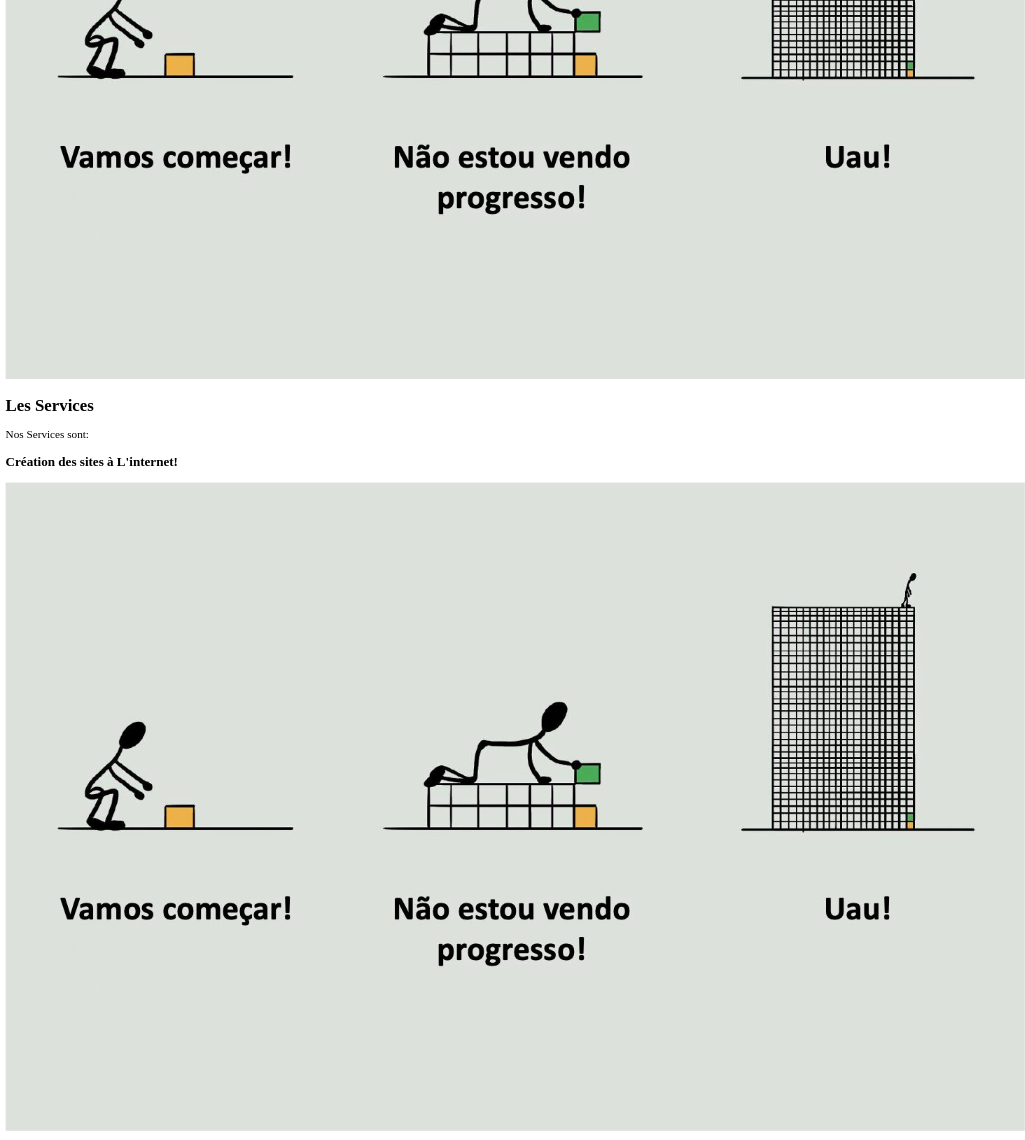
Repository: MarcioFreitasUFSC21/Proejct00
Page: ExampleSite/Assets/index2.html
These files come from the project's save history. The page is drawn as it stood at one moment and after a run of saves; the edit follows.
The browser window is 1280 px wide. The page is 1464 px wide, so the pictures cover 1464 px, including what lies to the right of the window. The pictures show the part of the page from y = 678 to 2358 px (the page is 2306 px tall before and 2358 px after), at 70% of full size.

Above is the page before, as saved 2023-03-18 17:41:39.

### ExampleSite/Assets/index2.html
<!DOCTYPE html>
<html lang="pt-br">
<head>
    <meta charset="UTF-8">
    <meta http-equiv="X-UA-Compatible" content="IE=edge">
    <meta name="viewport" content="width=device-width, initial-scale=1.0">
    <title>The first page</title>
</head>
<body>
    <section>
        <div>
            <h1><a href="#">LOGO </a></h1>
            <nav>
                <ul>
                    <li><a href="#">Home</a></li>
                    <li><a href="#"> Introdução</a></li>
                    <li><a href="#"> Serviços</a></li>
                    <li><a href="#"> Tabela de preços</a></li>
                    <li><a href="#"> Contatos</a></li>
                </ul>
            </nav>
        </div>
    </section>
    <section>
        <div>
            <h2> Dans la crise, create!</h2>
            <p>Lorem ipsum dolor sit amet, consectetur adipisicing elit, sed do eiusmod tempor incididunt ut labore et dolore magna aliqua. Ut enim ad minim veniam, quis nostrud exercitation ullamco laboris nisi ut aliquip ex ea commodo consequat. Duis aute irure dolor in reprehenderit in voluptate velit esse cillum dolore eu fugiat nulla pariatur. Excepteur sint occaecat cupidatat non proident, sunt in culpa qui officia deserunt mollit anim id est laborum.</p>
        </div>
        <div>
            <img src="Assets/img2/lesson.jpg">
        </div>
    </section>
    <section>
        <div>
            <h2>Les Services</h2>
            <p> Nos Services sont: </p>
        </div>
        <div>
            <article>
                <h3>Création des sites à L'internet!</h3>
                <p> </p>
            </article>
            <img src="Assets/img2/lesson.jpg">
        </div>
    </section>
</body>
</html>

After the next 3 saves:
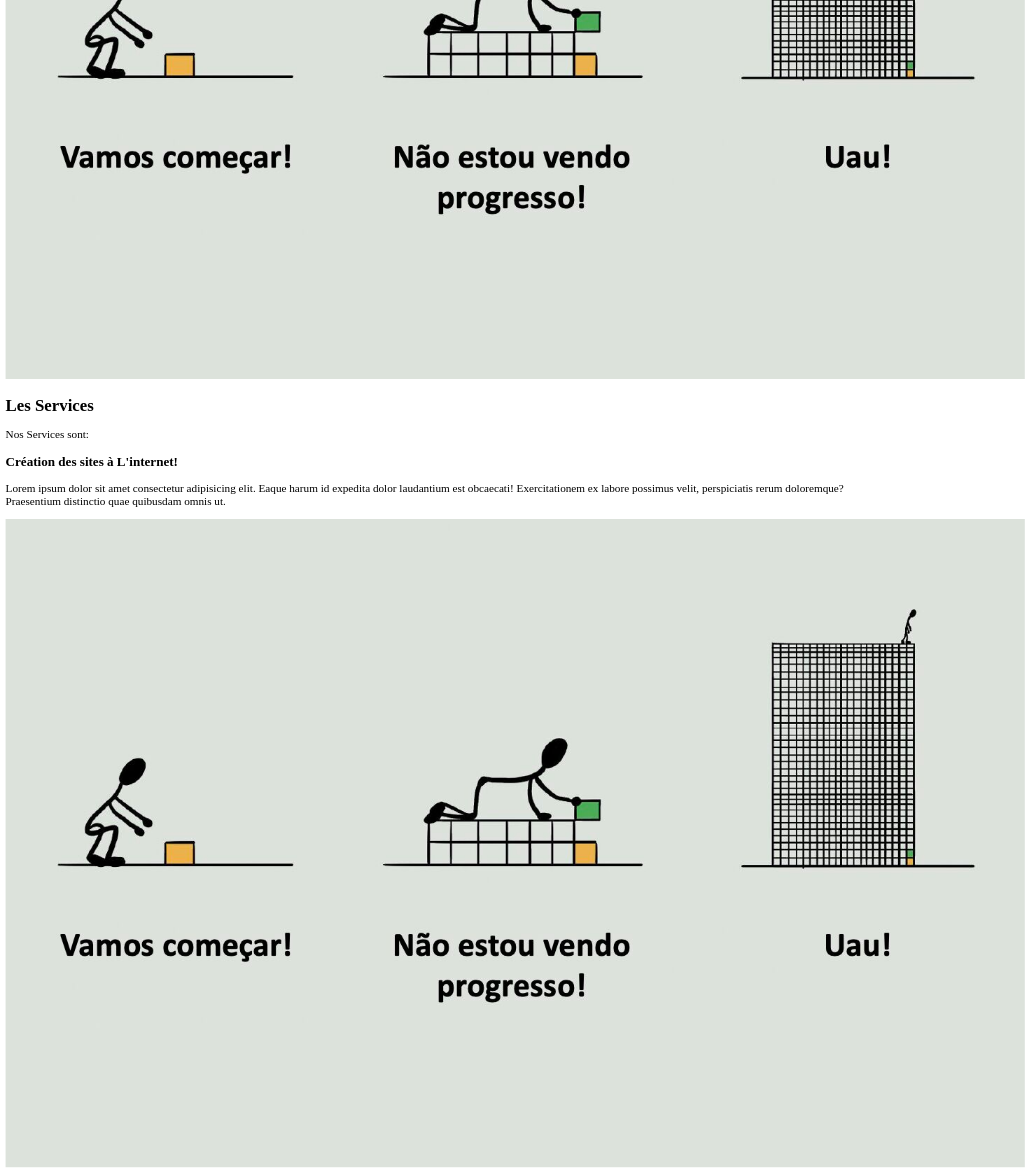
The 3 saves are shown as one change because they came seconds apart.
The last was saved 9 s later.
--- a/ExampleSite/Assets/index2.html
+++ b/ExampleSite/Assets/index2.html
@@ -38,7 +38,7 @@
         <div>
             <article>
                 <h3>Création des sites à L'internet!</h3>
-                <p> </p>
+                <p> Lorem ipsum dolor sit amet consectetur adipisicing elit. Eaque harum id expedita dolor laudantium est obcaecati! Exercitationem ex labore possimus velit, perspiciatis rerum doloremque? Praesentium distinctio quae quibusdam omnis ut.</p>
             </article>
             <img src="Assets/img2/lesson.jpg">
         </div>
